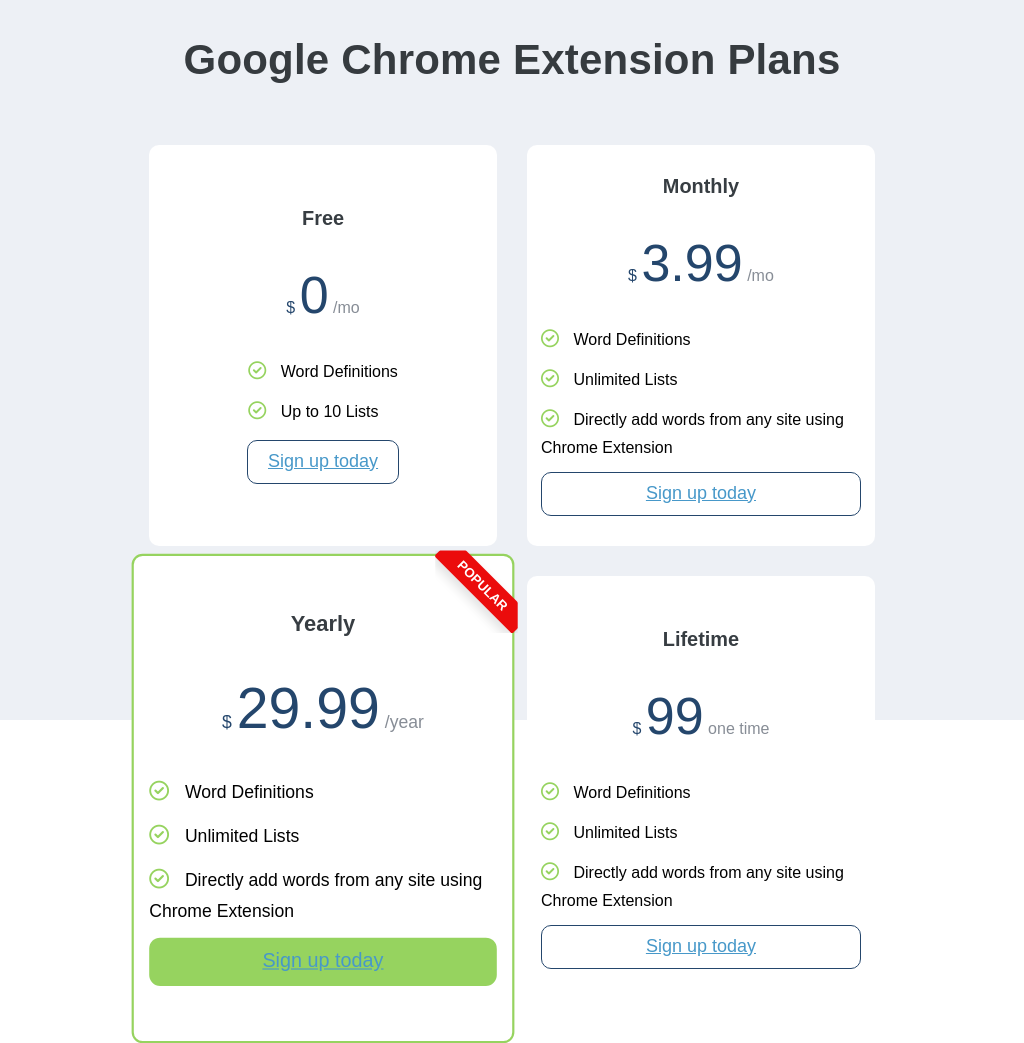
Repository: Novoselets28/chatos-test-task
Page: index.html
These files come from the project's save history. The page is drawn as it stood at one moment and after the next save; the edit follows.
The browser window is 1024 px wide. The pictures show the whole page.

Above is the page before, as saved 2023-04-20 00:40:42.

After the next save:
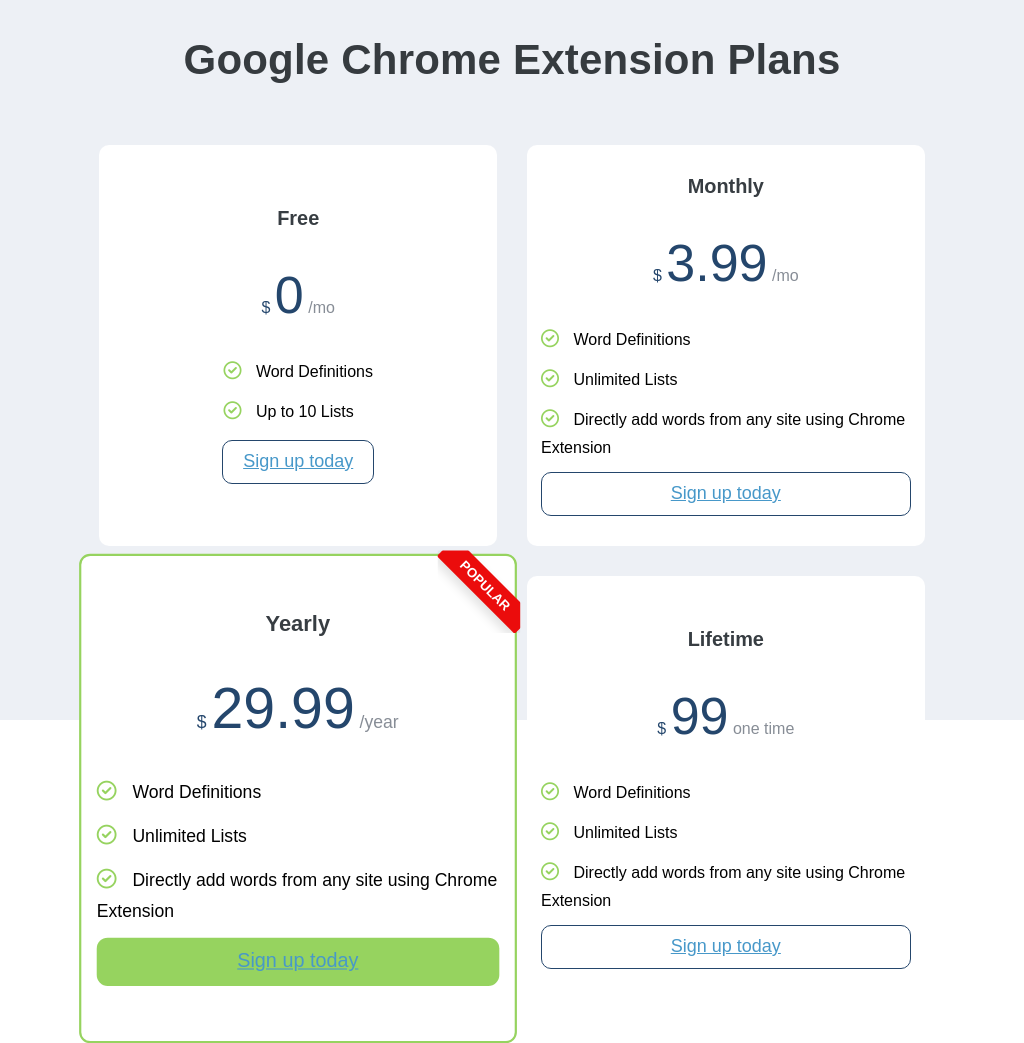
Saved 27 s later.
--- a/index.css
+++ b/index.css
@@ -81,7 +81,7 @@
 
 @media (max-width: 1024px){
     .extension__item{
-        flex: 0 1 35%;
+        flex: 0 1 40%;
         margin: 15px;
     }
 }
